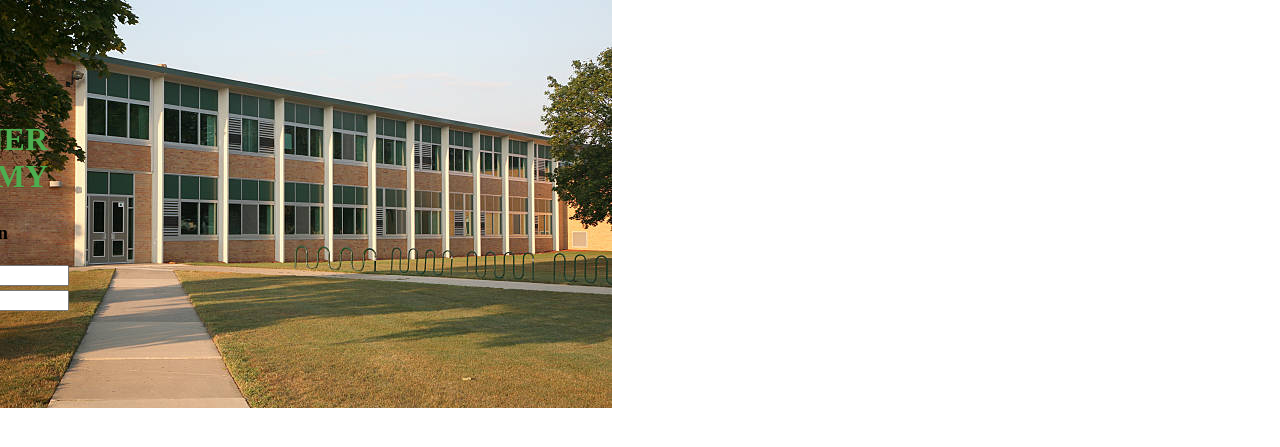
Repository: priyankagit8692/Phase_2_SimpliLearn-
Page: http://localhost/LearnerAcademyProject/AdminLogin.jsp
An editor plug-in stored every save of this project. The page is shown before and after the next save, followed by the edit.
The browser window is 1280 px wide. The pictures show the whole page.
The page is served by Tomcat 9. Other server files are loaded and not shown.

Above is the page before, as saved 2021-03-20 16:10:59.

### FinalProjectPhase2/LearnerAcademyProject/WebContent/AdminLogin.jsp
<%@ page language="java" contentType="text/html; charset=ISO-8859-1"
    pageEncoding="ISO-8859-1"%>
<!DOCTYPE html>
<html>
<head>
<meta charset="ISO-8859-1">
<title>Insert title here</title>
</head>
<style>
body {
  background-image: url("images/academy.jpg");
  background-repeat: no-repeat;

  width: 200px;
  height: 200px;
}
div {
  transform: translate(-200px,50px);
}
h1{
  transform: translate(40px,50px);
  color: #4CAF50;
}
</style>


<body>
  <div align='right'>
  <h1>LEARNER  ACADEMY</h1> <br><br>
  <h3>Administration Login</h3>
  <form action="adminLogin" method="post" cellpadding="5" cellspacing="5">
    <table>
        <tr>
            <td>Username:</td>
            <td><input type="text" name="uname"></td>
        </tr>
        <tr>
            <td>Password:</td>
            <td><input type="password" name="password"></td>
        </tr>
        <tr>
            <td></td>
            <td><a href="AdminRegistration.jsp">Register</a>&nbsp&nbsp&nbsp&nbsp<a href="AdminUpdate.jsp">Update</a></td>
        </tr>
        <tr>
            <td></td>
            <td>
                <button type="submit">Login</button>
            </td>
        </tr>
    </table>
    <br>
    <c:if test="${not empty msg}">
        <c:out value="${msg}"/>
    </c:if>


</form>
  </div>
</body>
</html>

After the next save:
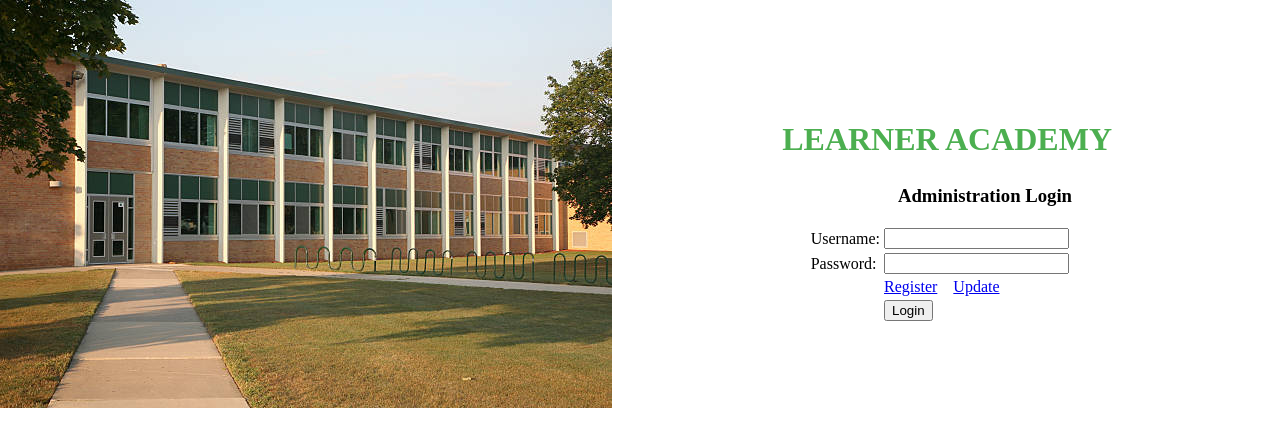
Saved 52 s later.
--- a/FinalProjectPhase2/LearnerAcademyProject/WebContent/AdminLogin.jsp
+++ b/FinalProjectPhase2/LearnerAcademyProject/WebContent/AdminLogin.jsp
@@ -10,9 +10,6 @@
 body {
   background-image: url("images/academy.jpg");
   background-repeat: no-repeat;
-
-  width: 200px;
-  height: 200px;
 }
 div {
   transform: translate(-200px,50px);
@@ -22,8 +19,6 @@ h1{
   color: #4CAF50;
 }
 </style>
-
-
 <body>
   <div align='right'>
   <h1>LEARNER  ACADEMY</h1> <br><br>
